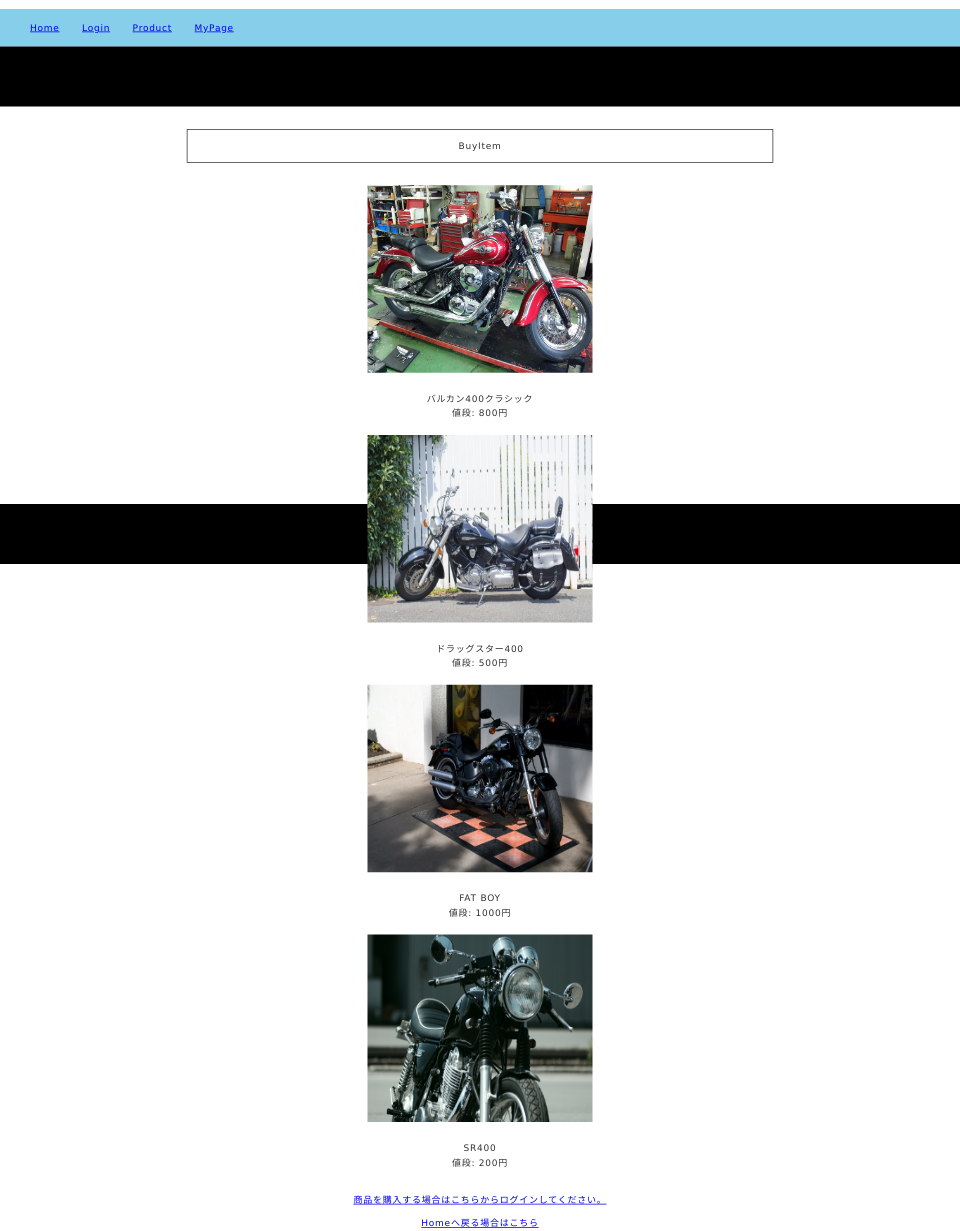
Repository: RYOYAEGAWA/test
Page: http://localhost/ecsite_a/ProductPageAction.action
The author's editor kept a copy of each file at every save. The page is drawn from the files as they stood at one save, then again after the next save.
The browser window is 1280 px wide. The pictures show the whole page, at 75% of full size.
The page is served by Tomcat 9. The database holds what the project's SQL file puts in it.

Above is the page before, as saved 2018-05-28 04:49:09.

After the next save:
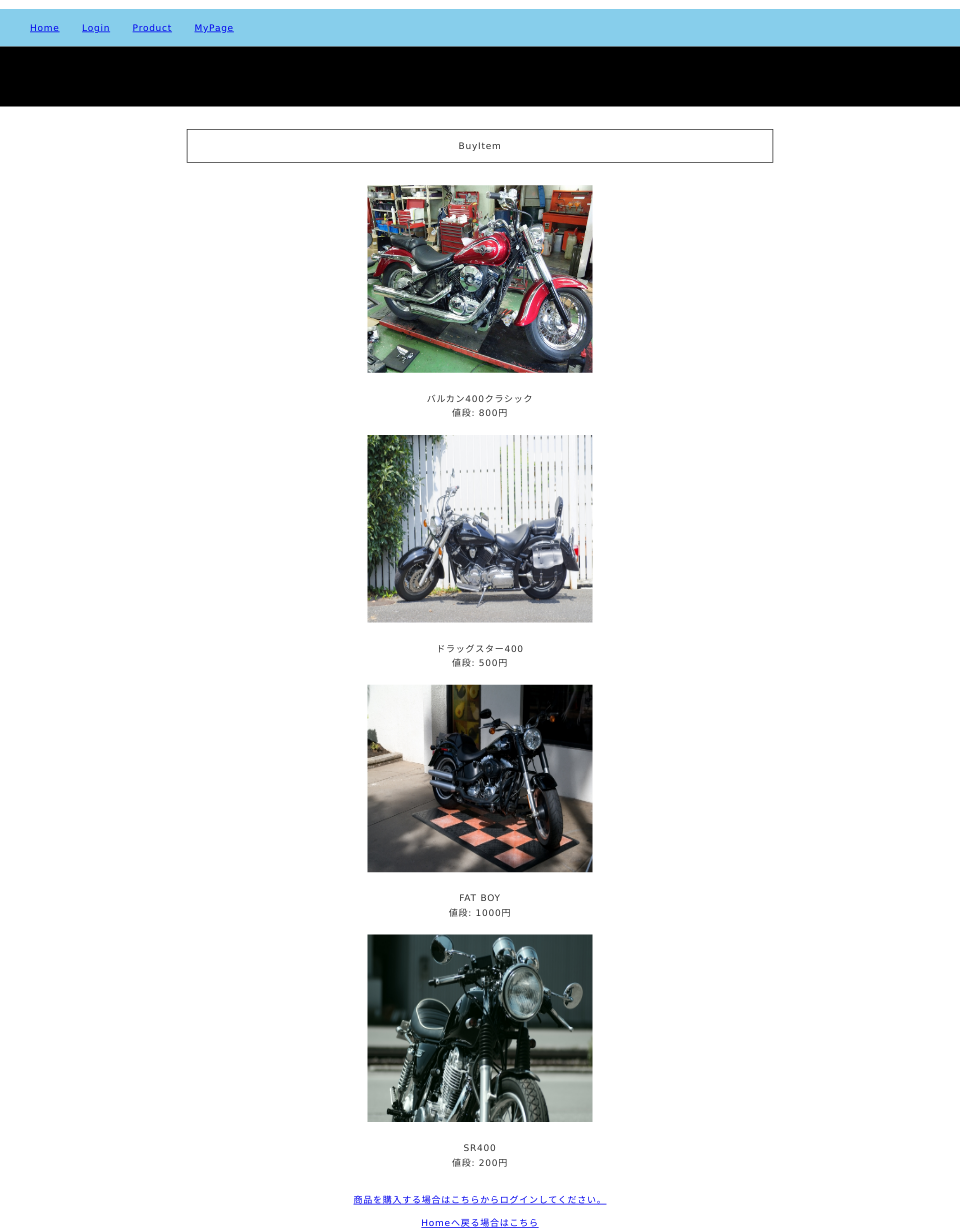
Saved 96 s later.
--- a/java/Eclipse_Data/ecsite_a/WebContent/BuyItemNotLogin.jsp
+++ b/java/Eclipse_Data/ecsite_a/WebContent/BuyItemNotLogin.jsp
@@ -48,12 +48,12 @@
 		text-align: center;
 		}
 
-		#footer {
+		/* #footer {
 		width: 100%;
 		height: 80px;
 		background-color: black;
 		clear: both;
-		}
+		} */
 
 	</style>
 </head>
